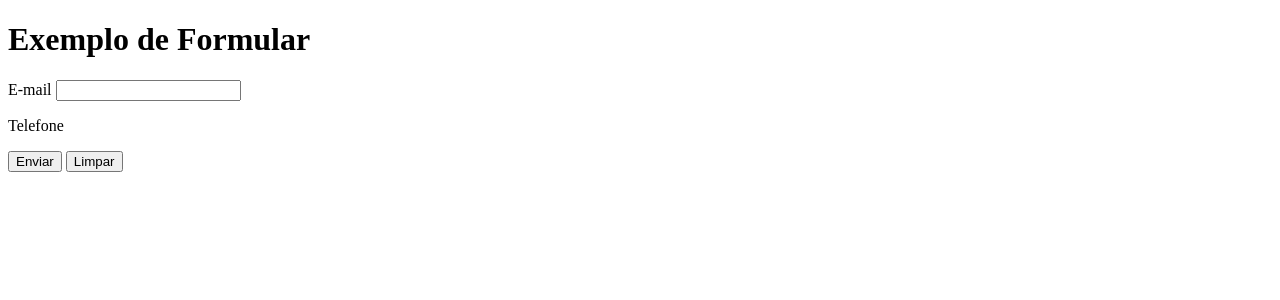
Repository: DorivalJunior14/exercicios
Page: ex025.html/form004.html
An editor plug-in stored every save of this project. The page is shown before and after a run of saves, followed by the edit.
The browser window is 1280 px wide. The pictures show the whole page.

Above is the page before, as saved 2022-07-20 17:53:11.

### ex025.html/form004.html
<!DOCTYPE html>
<html lang="pt-br">
<head>
    <meta charset="UTF-8">
    <meta name="viewport" content="width=device-width, initial-scale=1.0">
    <title>Formulario</title>
    <!--vídeo da aula https://www.youtube.com/watch?v=SRMEHklQC4M&list=PLHz_AreHm4dkcVCk2Bn_fdVQ81Fkrh6WT&index=24&ab_channel=CursoemV%C3%ADdeo-->
</head>
<body>
    <h1>Exemplo de Formular</h1>
    <form action="cadastro.php" method="get" autocomplete="on">
        <p>
            <label for="iemail">E-mail</label>
            <input type="email" name="email" id="iemail" autocomplete="email"required>
        </p>
        <p>
            <label for="itel">Telefone</label>
            <in
        </p>
            <p>
                <input type="submit" value="Enviar">
                <input type="reset" value="Limpar">
            </p>
        </form>
</body>
</html>

After the next 2 saves:
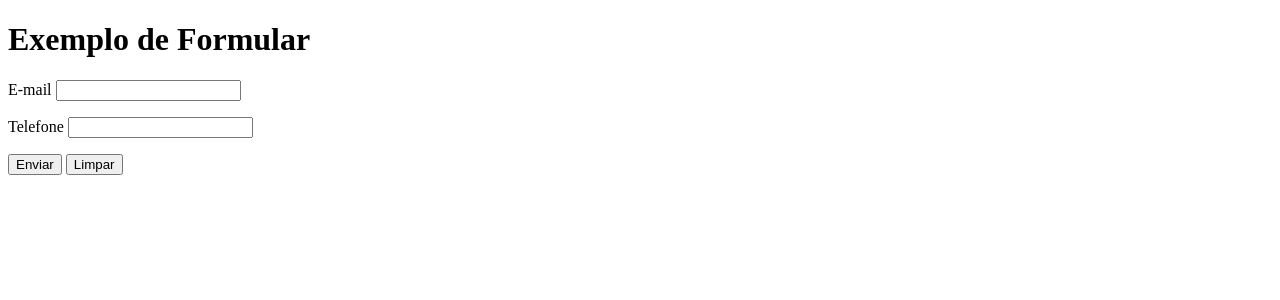
The 2 saves are shown as one change because they came seconds apart.
The last was saved 9 s later.
--- a/ex025.html/form004.html
+++ b/ex025.html/form004.html
@@ -15,7 +15,7 @@
         </p>
         <p>
             <label for="itel">Telefone</label>
-            <in
+            <input ty
         </p>
             <p>
                 <input type="submit" value="Enviar">
